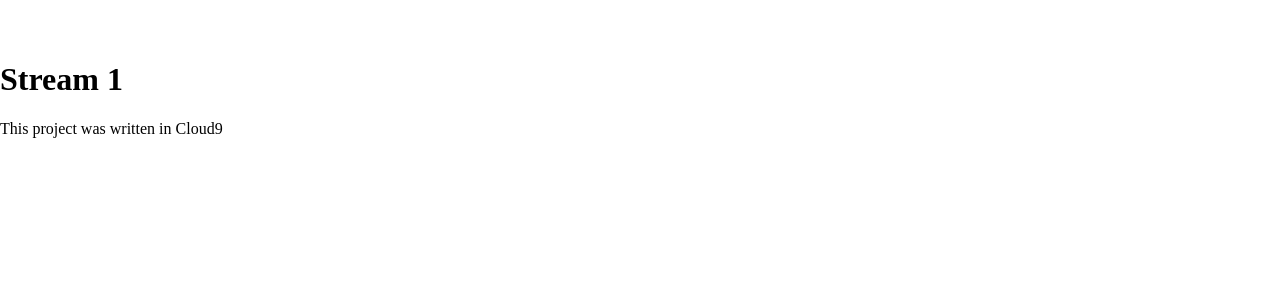
Repository: malc-u/trial
Page: Stream1.html
The author's editor kept a record of every edit. The page is drawn from the files as they stood at one moment, then again after the next edit.
The browser window is 1280 px wide. The pictures show the whole page.

Above is the page before.

### Stream1.html
<!DOCTYPE html>
<html>
  <head>
    <link rel="stylesheet" href="css/style.css" type="text/css" />
    <title>Stream 1</title>

  </head>
  <nav>
      <ul>
          <li><a href= "Stream1.html">Stream 1</a></li>
          <li><a href="stream2.html">Stream 2</a></li>
          <li><a href="stream3.html">Stream 3</a></li>
      </ul>
  </nav>
  <body>
      <h1>Stream 1</h1>
      <p>This project was written in Cloud9</p>

  </body>
</html>

### CSS/style.css
body {
    margin: 0;
    padding: 0;
font: ;ont-family: "Oswald", sans-serif;
}

nav ul {
    list-style: none;
    color:; #4a4a4f;
    text-align: center;
    margin: 0;
    padding: 0;
}

nav li {
    font-size: 1.2em;
    line-height: 40px;
    height: 40px;
    display: inline-block;
    margin-left: 2.5%
}

nav a{
    text-decoration: none;
    color: #ffffff;
    display: block;
}

nav a:hover {
    background-color: #ffffff;
    color: #4a4a4f;
}

After the next edit:
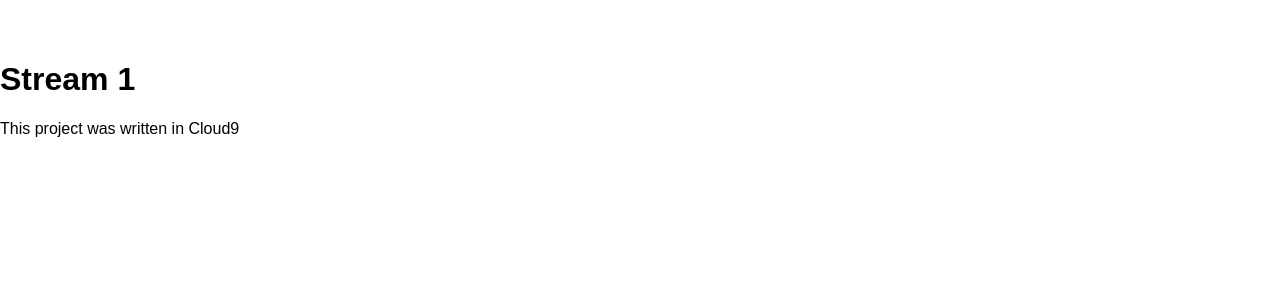
The edit:
--- a/CSS/style.css
+++ b/CSS/style.css
@@ -1,7 +1,7 @@
 body {
     margin: 0;
     padding: 0;
-font: ;ont-family: "Oswald", sans-serif;
+    font-family: "Oswald", sans-serif;
 }
 
 nav ul {
